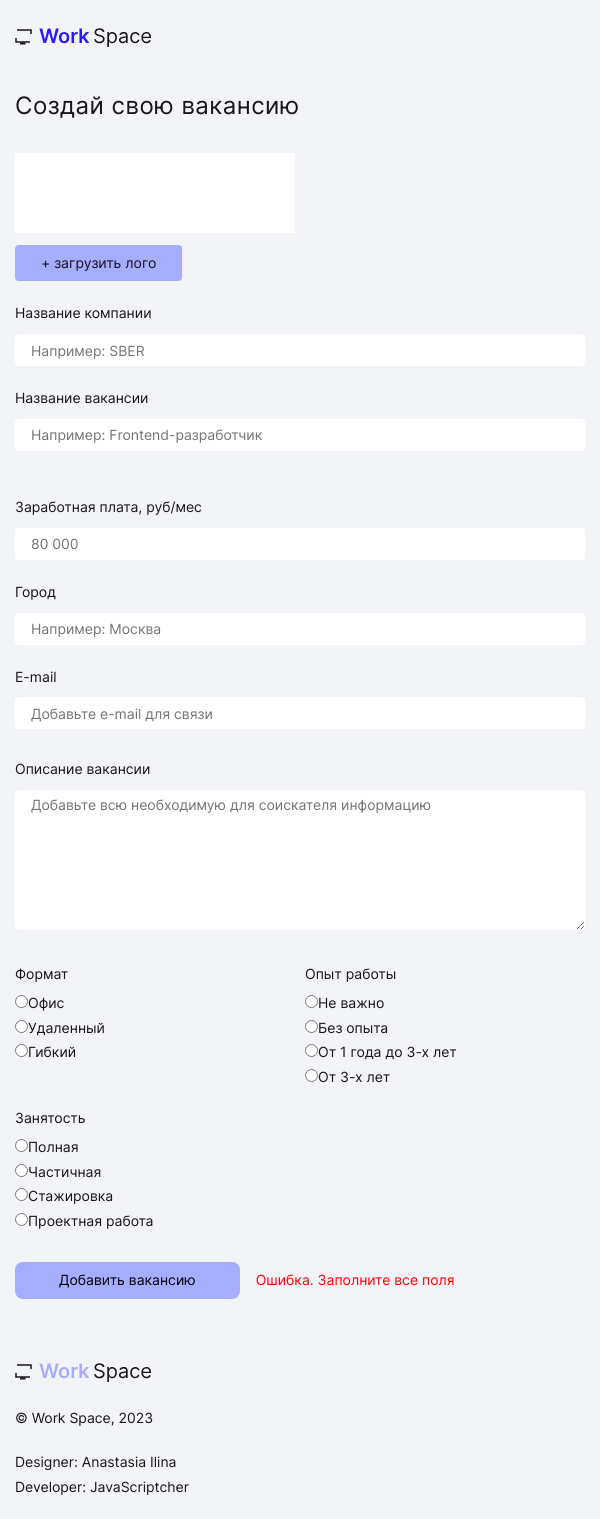
Repository: alexboagreek/workspace_js
Page: employer.html
These files come from the project's save history. The page is drawn as it stood at one moment and after a run of saves; the edit follows.
The browser window is 600 px wide. The pictures show the whole page.

Above is the page before, as saved 2023-09-13 16:35:45.
Console error: TypeError: Cannot read properties of null (reading 'addEventListener')

### employer.html
<!DOCTYPE html>
<html lang="ru">
  <head>
    <meta charset="UTF-8" />
    <meta name="viewport" content="width=device-width, initial-scale=1.0" />
    <title>Workspace - добавить вакансию</title>

    <link rel="stylesheet" href="index.css" />

    <script src="js/choices.min.js" defer></script>
    <script src="js/script.js" defer></script>
  </head>

  <body>
    <header class="header">
      <div class="container header__container">
        <a href="index.html">
          <img
            class="header__logo"
            src="img/logo.svg"
            alt="Логитип WorkSpace"
          />
        </a>

        <a class="header__link" href="index.html#vacancies"
          >Посмотреть вакансии</a
        >
      </div>
    </header>

    <main>
      <section class="employer">
        <div class="container">
          <h1 class="employer__title">Создай свою вакансию</h1>

          <form class="employer__form">
            <div class="employer__file file">
              <div class="file__wrap-preview">
                <img src="#" alt="" class="file__preview" />
              </div>

              <div class="file__wrap-btn">
                <label for="logo" class="file__label"> + загрузить лого </label>
                <input
                  name="logo"
                  type="file"
                  class="file__input"
                  id="logo"
                  accept="image/png, image/jpeg"
                  required
                />
              </div>
            </div>

            <fieldset class="employer__fieldset-input">
              <div class="employer__wrap-input">
                <label class="employer__label" for="company"
                  >Название компании
                </label>

                <input
                  type="text"
                  class="employer__input"
                  id="company"
                  name="company"
                  placeholder="Например: SBER"
                />
              </div>

              <fieldset class="employer__fieldset">
                <div class="employer__wrap-input">
                  <label class="employer__label" for="title"
                    >Название вакансии</label
                  >

                  <input
                    type="text"
                    class="employer__input"
                    id="title"
                    name="title"
                    placeholder="Например: Frontend-разработчик"
                  />
                </div>
              </fieldset>

              <fieldset class="employer__fildset">
                <div class="employer__wrap-input">
                  <label class="employer__label" for="salary"
                    >Заработная плата, руб/мес</label
                  >

                  <input
                    type="number"
                    class="employer__input"
                    id="salary"
                    name="salary"
                    placeholder="80 000"
                  />
                </div>
              </fieldset>

              <fieldset class="employer__fildset">
                <div class="employer__wrap-input">
                  <label class="employer__label" for="location">Город</label>

                  <input
                    type="text"
                    class="employer__input"
                    id="location"
                    name="location"
                    placeholder="Например: Москва"
                  />
                </div>
              </fieldset>

              <fieldset class="employer__fildset">
                <div class="employer__wrap-input">
                  <label class="employer__label" for="email">E-mail</label>

                  <input
                    type="email"
                    class="employer__input"
                    id="email"
                    name="email"
                    placeholder="Добавьте e-mail для связи"
                  />
                </div>
              </fieldset>
            </fieldset>



            <fieldset class="employer__fieldset-textarea">
              <label class="employer__label" for="description"
                >Описание вакансии</label
              >

              <textarea
                class="employer__textarea"
                name="description"
                id="description"
                placeholder="Добавьте всю необходимую для соискателя информацию"
              ></textarea>
            </fieldset>

            <div class="employer__radio-buttons">
              <fieldset class="employer__fieldset-radio">
                <legend class="employer__legend">Формат</legend>

                <label class="employer__label-radio radio">
                  <input
                    type="radio"
                    class="radio__input"
                    name="format"
                    value="Офис"
                  />Офис
                </label>

                <label class="employer__label-radio radio">
                  <input
                    type="radio"
                    class="radio__input"
                    name="format"
                    value="Удаленный"
                  />Удаленный
                </label>

                <label class="employer__label-radio radio">
                  <input
                    type="radio"
                    class="radio__input"
                    name="format"
                    value="Гибкий"
                  />Гибкий
                </label>
              </fieldset>

              <fieldset class="employer__fieldset-radio">
                <legend class="employer__legend">Опыт работы</legend>

                <label class="employer__label-radio radio">
                  <input
                    type="radio"
                    class="radio__input"
                    name="experience"
                    value="Не важно"
                  />Не важно
                </label>

                <label class="employer__label-radio radio">
                  <input
                    type="radio"
                    class="radio__input"
                    name="experience"
                    value="Без опыта"
                  />Без опыта
                </label>

                <label class="employer__label-radio radio">
                  <input
                    type="radio"
                    class="radio__input"
                    name="experience"
                    value="От 1 года до 3-х лет"
                  />От 1 года до 3-х лет
                </label>

                <label class="employer__label-radio radio">
                  <input
                    type="radio"
                    class="radio__input"
                    name="experience"
                    value="От 3-х лет"
                  />От 3-х лет
                </label>
              </fieldset>

              <fieldset class="employer__fieldset-radio">
                <legend class="employer__legend">Занятость</legend>

                <label class="employer__label-radio radio">
                  <input
                    type="radio"
                    class="radio__input"
                    name="type"
                    value="Полная"
                  />Полная
                </label>

                <label class="employer__label-radio radio">
                  <input
                    type="radio"
                    class="radio__input"
                    name="type"
                    value="Частичная"
                  />Частичная
                </label>

                <label class="employer__label-radio radio">
                  <input
                    type="radio"
                    class="radio__input"
                    name="type"
                    value="Стажировка"
                  />Стажировка
                </label>

                <label class="employer__label-radio radio">
                  <input
                    type="radio"
                    class="radio__input"
                    name="type"
                    value="Проектная работа"
                  />Проектная работа
                </label>
              </fieldset>
            </div>

            <div class="employer__wrap-submit">
              <button class="employer__submit" type="submit">
                Добавить вакансию
              </button>
              <div class="employer__error">Ошибка. Заполните все поля</div>
            </div>
          </form>
        </div>
      </section>
    </main>

    <footer class="footer">
      <div class="container footer__container">
        <img
          class="footer__logo"
          src="img/logo-footer.svg"
          alt="Логотип WorkSpace"
        />

        <p class="footer__copyright">© Work Space, 2023</p>

        <ul class="footer__contacts">
          <li class="footer__contact">
            Designer:
            <a class="footer__link" href="#">Anastasia Ilina</a>
          </li>
          <li class="footer__contact">
            Developer:
            <a class="footer__link" href="#">JavaScriptcher</a>
          </li>
        </ul>
      </div>
    </footer>
  </body>
</html>

### index.css
@import "style/normalize.css";
@import "style/choices.min.css";
@import "style/style.css";
@import "style/header.css";
@import "style/hero.css";
@import "style/vacancies.css";
@import "style/filter.css";
@import "style/choices.css";
@import "style/checkbox.css";
@import "style/cards.css";
@import "style/vacancy.css";
@import "style/footer.css";
@import "style/modal.css";
@import "style/detail.css";
@import "style/employer.css";
@import "style/file.css";
@import "style/radio.css";

### style/style.css
@font-face {
  font-family: Inter;
  font-weight: 400;
  src: url("../fonts/inter-regular.woff2") format("woff2"),
    url("../fonts/inter-regular.woff") format("woff");
}

html {
  scroll-behavior: smooth;
  position: relative;
  box-sizing: border-box;
}

*,
*:before,
*:after {
  box-sizing: inherit;
}

body {
  min-width: 320px;
  min-height: 100vh;
  font-family: Inter, sans-serif;
  font-size: 14px;
  color: #171717;
  background-color: #f3f4f8;
  line-height: 1.2;
}

img,
svg {
  max-width: 100%;
  max-height: 100%;
  height: auto;
}

button {
  padding: 0;
  border: 0;
  cursor: pointer;
  background-color: transparent;
}

a {
  text-decoration: none;
  color: inherit;
}

ul {
  padding: 0;
  margin: 0;
  list-style: none;
}

h1,
h2,
h3,
p {
  margin: 0;
}

fieldset {
  padding: 0;
  margin: 0;
  border: 0;
}

.visually-hidden {
  position: fixed;
  transform: scale(0);
}

.container {
  --width: 1180px;
  --padding: 30px;
  max-width: calc(var(--width) + var(--padding) * 2);
  margin: 0 auto;
  padding: 0 var(--padding);
}

.blue-text {
  color: #2a18ff;
}

@media (max-width: 1140px) {
  .container {
    --width: 880px;
  }
}

@media (max-width: 940px) {
  .container {
    --width: 680px;
  }
}

@media (max-width: 640px) {
  .container {
    --padding: 15px;
  }
}

### style/header.css
.header {
  padding: 40px 0;
}

.header__container {
  display: flex;
  align-items: center;
  justify-content: space-between;
}

.header__links {
  display: flex;
  gap: 8px;
  flex-wrap: wrap;
}

.header__link {
  padding: 12px 32px;
  border-radius: 8px;
  background-color: #a6adff;
  font-size: 20px;
  border: 2px solid transparent;
  transition-property: color, background-color;
  transition-duration: 0.2s;
  transition-timing-function: ease-in-out;
}

.header__link_o {
  background-color: transparent;
  border: 2px solid #A6ADFF;
}

.header__link:focus-visible {
  border-color: #4f58be;
}

.header__link:hover {
  color: #fff;
  background-color: #2a18ff;
}


@media (max-width: 1140px) {
  .header {
    padding: 32px 0 40px;
  }
}

@media (max-width: 940px) {
  .header {
    padding: 24px 0 30px;
  }

  .header__link {
    padding: 8px 23px;
    font-size: 14px;
  }
}

@media (max-width: 640px) {
  .header {
    padding: 24px 0 20px;
  }

  .header__link {
    display: none;
  }
}

### style/hero.css
.hero {
  padding: 60px 0 50px;
}

.hero__container {
  position: relative;
  padding-top: 57px;
  padding-bottom: 57px;
}

.hero__container:after {
  content: "";
  position: absolute;
  right: -9px;
  top: 0;
  bottom: 0;
  width: 421px;
  background: url("../img/laptop.png") no-repeat center/contain;
}

.hero__title {
  position: relative;
  z-index: 2;
  max-width: 780px;
  font-size: 90px;
  letter-spacing: 1.8px;
  text-transform: uppercase;
}

@media (max-width: 1140px) {
  .hero {
    padding: 40px 0;
  }

  .hero__container {
    padding-top: 53px;
    padding-bottom: 53px;
  }

  .hero__container:after {
    width: 340px;
  }

  .hero__title {
    max-width: 580px;
    font-size: 64px;
    letter-spacing: 1.28px;
  }
}

@media (max-width: 940px) {
  .hero {
    padding: 30px 0;
  }

  .hero__container {
    padding-top: 40px;
    padding-bottom: 40px;
  }

  .hero__container:after {
    width: 269px;
  }

  .hero__title {
    max-width: 450px;
    font-size: 52px;
    letter-spacing: 1.04px;
  }
}

@media (max-width: 640px) {
  .hero {
    padding-top: 20px;
    padding-bottom: 10px;
  }

  .hero__container {
    padding-top: 0;
    padding-bottom: 234px;
  }

  .hero__title {
    max-width: 290px;
    text-align: center;
    margin: 0 auto;
    font-size: 32px;
  }

  .hero__container:after {
    right: auto;
    top: auto;
    height: 269px;
    left: 50%;
    transform: translateX(-50%);
    background-position: bottom;
  }
}

### style/vacancies.css
.vacancies {
  padding: 50px 0;
}

.vacancies__container {
  display: flex;
  align-items: start;
  gap: 24px 20px;
}

.vacancies__filter-btn {
  display: none;
}

.vacancies__filter {
  flex: 0 0 280px;
}

.vacancies__cards {
  flex-basis: 100%;
}

@media (max-width: 1140px) {
  .vacancies {
    padding: 40px 0;
  }
}

@media (max-width: 940px) {
  .vacancies {
    padding: 30px 0;
  }

  .vacancies__container {
    flex-direction: column;
    row-gap: 0;
  }

  .vacancies__filter-btn {
    display: flex;
    align-items: center;
    margin-bottom: 24px;
    transition-property: margin-bottom, color;
    transition-duration: 0.2s, 0.3s;
    transition-timing-function: ease-in-out;
    transition-delay: 0.2s, 0s;
    color: #2a18ff;
    line-height: 20px;
  }

  .vacancies__filter-btn:hover:not(:focus) {
    color: #a6adff;
  }

  .vacancies__filter-btn-arrow {
    position: relative;
    top: -2px;
    display: block;
    width: 20px;
    height: 20px;
  }

  .vacancies__filter-btn_active {
    margin-bottom: 32px;
    transition-delay: 0s;
  }

  .vacancies__filter-btn_active .vacancies__filter-btn-arrow {
    transform: rotate(180deg);
    top: 2px;
  }

  .vacancies__filter {
    width: 100%;
    flex-basis: auto;
    height: 0;
    overflow: hidden;
    transition: height 0.4s ease-in-out;
  }

  .vacancies__filter_active {
    height: auto;
    margin-bottom: 40px;
  }

  .vacancies__cards {
    width: 100%;
  }
}

@media (max-width: 640px) {
  .vacancies__filter-btn_active {
    margin-bottom: 24px;
  }
}

### style/filter.css
.filter {
  position: relative;
}

.filter__reset {
  position: absolute;
  top: 7px;
  right: 0;
  color: #ccc;
}

.filter__title {
  font-size: 20px;
  font-weight: 400;
  margin-bottom: 32px;
}

.filter__form {
  display: flex;
  flex-direction: column;
  gap: 32px;
}

.filter__fieldset {
  display: flex;
  flex-direction: column;
  align-items: start;
}

.filter__legend {
  margin-bottom: 12px;
}

.filter__select {
  width: 100%;
}

.filter__range {
  display: flex;
  align-items: center;
  justify-content: space-between;
  gap: 10px;
}

.filter__label:not(:last-child) {
  margin-bottom: 8px;
}

.filter__input {
  flex: 1 1 50%;
  width: 100%;
  padding: 0 16px;
  height: 32px;
  border: 0;
}

.filter__input::placeholder {
  color: #ccc;
}

.filter__checkboxes {
  display: flex;
  flex-direction: column;
  gap: 32px;
}

.filter__button {
  padding: 8px 24px;
  border-radius: 4px;
  background-color: #a6adff;
  border: 2px solid transparent;
  transition-property: color, background-color;
  transition-duration: 0.2s;
  transition-timing-function: ease-in-out;
}

.filter__button:focus-visible {
  border-color: #4f58be;
}

.filter__button:hover {
  color: #fff;
  background-color: #2a18ff;
}

@media (max-width: 940px) {
  .filter__title {
    position: fixed;
    transform: scale(0);
  }

  .filter__input {
    max-width: 140px;
  }

  .filter__checkboxes {
    display: grid;
    grid-template-columns: repeat(auto-fit, minmax(180px, 1fr));
    gap: 24px 70px;
  }

  .filter__buttons {
    display: flex;
    gap: 16px;
    align-items: center;
  }

  .filter__reset {
    position: static;
  }
}

### style/choices.css
.choices {
  width: 100%;
}

.choices__inner {
  background-color: #fff;
  padding: 6px 16px;
  min-height: 32px;
  border: 0;
}

.choices__list--single {
  padding: 0;
}

.choices[data-type*="select-one"]::after {
  width: 20px;
  height: 20px;
  background: url("../img/arrow.svg") no-repeat center/contain;
  border: 0;
  top: 6px;
  right: 16px;
  margin-top: 0;
}

.choices[data-type*="select-one"].is-open::after {
  transform: rotate(180deg);
  margin-top: 0;
}

### style/checkbox.css
.checkbox {
  position: relative;
  display: block;
  line-height: 20px;
  padding-left: 28px;
}

.checkbox__input {
  -webkit-appearance: none;
  -moz-appearance: none;
  appearance: none;
  position: absolute;
  width: 20px;
  height: 20px;
  left: 0;
  top: 0;
  bottom: 0;
  background-color: #fff;
  border-radius: 4px;
}

.checkbox__input:after {
  content: "";
  position: absolute;
  inset: 0;
  display: block;
  background: url("../img/check.svg") no-repeat center;
  opacity: 0;
  transition: opacity 0.2s ease-in-out;
}

.checkbox__input:checked:after {
  opacity: 1;
}

.checkbox__input:focus-visible {
  outline: none;
  box-shadow: 0px 2px 10px rgba(0, 0, 0, 0.25);
}

.checkbox__input:hover:not(:disabled) {
  box-shadow: 0px 2px 10px rgba(166, 173, 255, 0.55);
}

.checkbox__input:disabled {
  background-color: #ccc;
}

### style/cards.css
.cards__list {
  display: grid;
  grid-template-columns: repeat(auto-fit, minmax(280px, 1fr));
  gap: 20px;
}

@media (max-width: 940px) {
  .cards__list {
    grid-template-columns: repeat(auto-fit, minmax(220px, 1fr));
    gap: 10px;
  }
}

### style/vacancy.css
.vacancy {
  border-radius: 16px;
  background-color: #fff;
  padding: 16px;
  height: 100%;
  cursor: pointer;
  outline: none;
  border: 2px solid transparent;
}

.vacancy:hover {
  background-color: #f9faff;
}

.vacancy:focus-visible {
  border-color: #a6adff;
}

.vacancy__img {
  max-height: 44px;
  margin-bottom: 12px;
  display: block;
}

.vacancy__company {
  font-size: 20px;
  margin-bottom: 8px;
}

.vacancy__title {
  display: inline-block;
  padding: 3px 5px;
  font-size: 14px;
  font-weight: 400;
  border-radius: 4px;
  background-color: #eaecff;
  margin-bottom: 8px;
}

.vacancy__field {
  color: #ccc;
}

### style/footer.css
.footer {
  padding: 50px 0 40px;
}

.footer__container {
  display: grid;
  gap: 27px;
  grid-template-areas:
    "logo ."
    "copyright contacts";
}

.footer__logo {
  grid-area: logo;
}

.footer__copyright {
  grid-area: copyright;
}

.footer__contacts {
  grid-area: contacts;
  justify-self: end;
  min-width: 180px;
}

.footer__contact {
  margin-bottom: 8px;
}

.footer__contact:last-child {
  margin-bottom: 0;
}

.footer__link:hover {
  color: brown;
}

@media (max-width: 1140px) {
  .footer {
    padding: 40px 0 32px;
  }
}

@media (max-width: 940px) {
  .footer {
    padding: 30px 0 24px;
  }
}

@media (max-width: 640px) {
  .footer {
    padding-top: 20px;
  }

  .footer__container {
    grid-template-areas:
      "logo"
      "copyright"
      "contacts";
  }

  .footer__contacts {
    justify-self: start;
  }
}

### style/modal.css
.modal {
  position: fixed;
  z-index: 10;
  inset: 0;
  background-color: rgba(0, 0, 0, 0.5);
  cursor: pointer;
  padding: 30px;
  overflow-y: auto;
  display: flex;
}

.modal__main {
  position: relative;
  margin: auto;
  cursor: default;
}

.modal__close {
  background-color: transparent;
  border: none;
  cursor: pointer;
  position: absolute;
  top: 12px;
  right: 12px;
  padding: 0;
  line-height: 0;
  outline: 1px solid transparent;
  border-radius: 3px;
}

.modal__close:focus-visible {
  outline-color: gray;
}

@media (max-width: 640px) {
  .modal {
    padding: 30px 15px;
  }
}

### style/employer.css
.employer {
  padding: 60px 0 50px;
}

.employer__title {
  font-size: 32px;
  font-weight: 400;
  letter-spacing: 0.64px;
  margin-bottom: 50px;
}

.employer__file {
  margin-bottom: 32px;
}

.employer__label {
  display: block;
  margin-bottom: 12px;
}

.employer__input {
  border-radius: 4px;
  padding: 0 16px;
  height: 32px;
  border: 0;
  width: 100%;
}

.employer__input:placeholder {
  color: #ccc;
}

.employer__fieldset-input {
  display: grid;
  grid-template-columns: repeat(3, 1fr);
  gap: 32px 20px;
  margin-bottom: 32px;
}

.employer__textarea {
  border-radius: 4px;
  min-height: 140px;
  width: 1181px;
  resize: vertical;
  border: none;
  padding: 7px 16px;
  margin-bottom: 32px;
}

.employer__radio-buttons {
  display: grid;
  grid-template-columns: repeat(3, 280px);
  gap: 20px;
  margin-bottom: 50px;
}

.employer__fieldset-radio {
  display: flex;
  flex-direction: column;
}

.employer__legend {
  margin-bottom: 12px;
}

.employer__label-radio {
  margin-bottom: 8px;
}

.employer__label-radio:last-child {
  margin-bottom: 0;
}

.employer__wrap-submit {
  display: flex;
  flex-wrap: wrap;
  align-items: center;
  gap: 16px;
}

.employer__submit {
  padding: 0 42px;
  height: 48px;
  border-radius: 8px;
  background-color: #a6adff;
  font-size: 20px;
  border: 2px solid transparent;
  transition-property: color, background-color;
  transition-duration: 0.2s;
  transition-timing-function: ease-in-out;
}

.employer__submit:focus-visible {
  border-color: #4f58be;
}

.employer__submit:hover {
  color: #fff;
  background-color: #2a18ff;
}

.employer__error {
  color: #f00;
}

@media (max-width: 1140px) {
  .employer {
    padding-top: 40px;
    padding-bottom: 40px;
  }

  .employer__title {
    letter-spacing: 0.64px;
    margin-bottom: 40px;
  }

  .employer__file {
    margin-bottom: 24px;
  }

  .employer__fieldset {
    margin-bottom: 24px;
  }

  .employer__fieldset-input {
    row-gap: 24px;
  }

  .employer__textarea {
    width: 100%;
  }

  .employer__radio-buttons {
    margin-bottom: 40px;
  }
}

@media (max-width: 940px) {
  .employer {
    padding: 30px 0;
  }

  .employer__title {
    font-size: 24px;
    letter-spacing: 0.48px;
    margin-bottom: 32px;
  }

  .employer__radio-buttons {
    margin-bottom: 32px;
  }

  .employer__fieldset-input {
    grid-template-columns: repeat(1,1fr);
  }

  .employer__radio-buttons {
    grid-template-columns: repeat(auto-fit, minmax(220px, 1fr));
    gap: 24px 10px;
  }

  .employer__submit {
    height: 37px;
    border-radius: 8px;
    font-size: 14px;
  }
}

@media (max-width: 640px) {
  .employer {
    padding: 20px 0 40px;
  }

  .empolt
}

### style/file.css
.file {
  position: relative;
  display: flex;
  flex-direction: column;
  align-items: start;
}

.file__wrap-preview {
  background-color: #fff;
  min-width: 280px;
  height: 80px;
  margin-bottom: 12px;
}

.file__wrap-preview_active {
  min-width: auto;
}

.file__preview {
}

.file__wrap-btn {
  position: relative;
}

.file__label {
  display: inline-block;
  padding: 8px 24px;
  border-radius: 4px;
  background-color: #a6adff;
  cursor: pointer;
  transition: all 0.4s ease-in-out;
  border: 2px solid transparent;
}


.file__label:focus-visible {
  border-color: #4f58be;
}

.file__label:hover {
  color: #fff;
  background-color: #2a18ff;
}

.file__input {
  opacity: 0;
  position: absolute;
  width: 1px;
  height: 1px;
  top: 50%;
  left: 50%;
}

.file__wrap-btn:focus-within .file__label {
  border-color: #4f58be;
}

### style/radio.css
.radio {
}
.radio__input {
}

Loaded but not shown: js/choices.min.js (library); style/normalize.css (library); style/choices.min.css (library); js/script.js (300 lines, source omitted); style/detail.css (115 lines, source omitted)

After the next 5 saves:
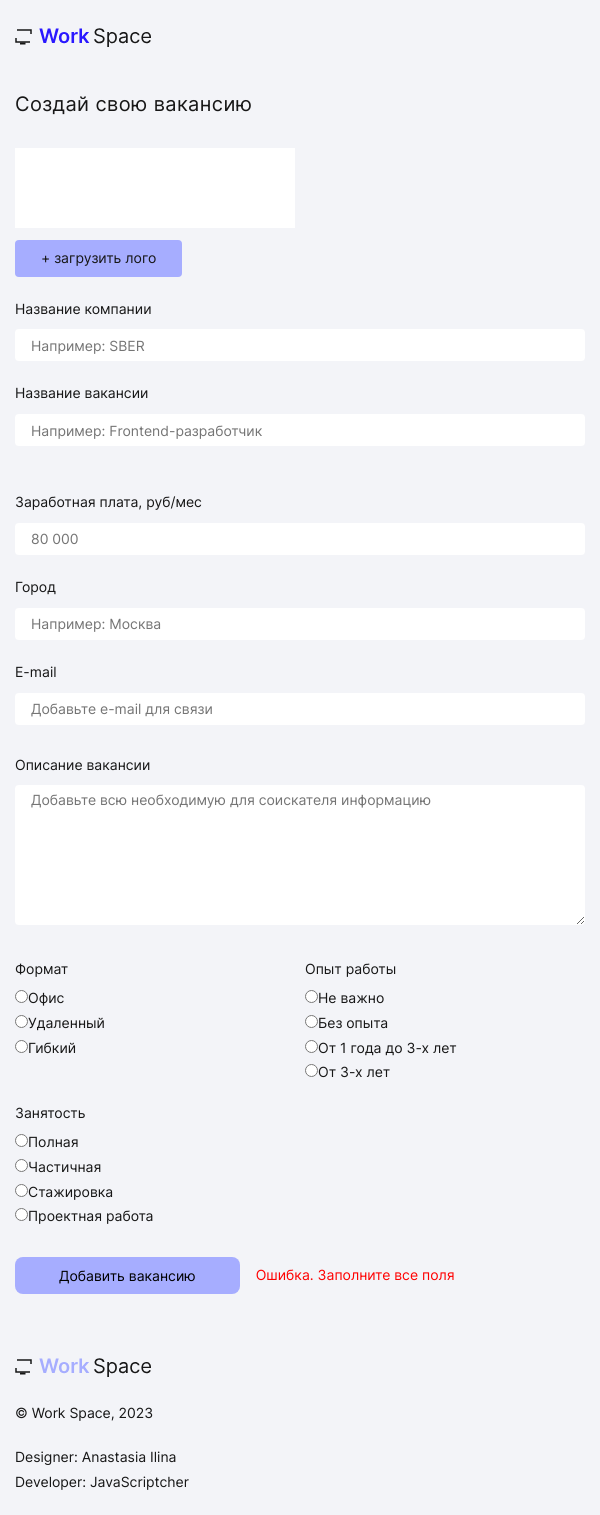
The 5 saves are shown as one change because they came seconds apart.
The last was saved 13 s later.
--- a/style/employer.css
+++ b/style/employer.css
@@ -171,5 +171,8 @@
     padding: 20px 0 40px;
   }
 
-  .empolt
+  .employer__title {
+    font-size: 20px;
+    letter-spacing: 0.4px;
+  }
 }
